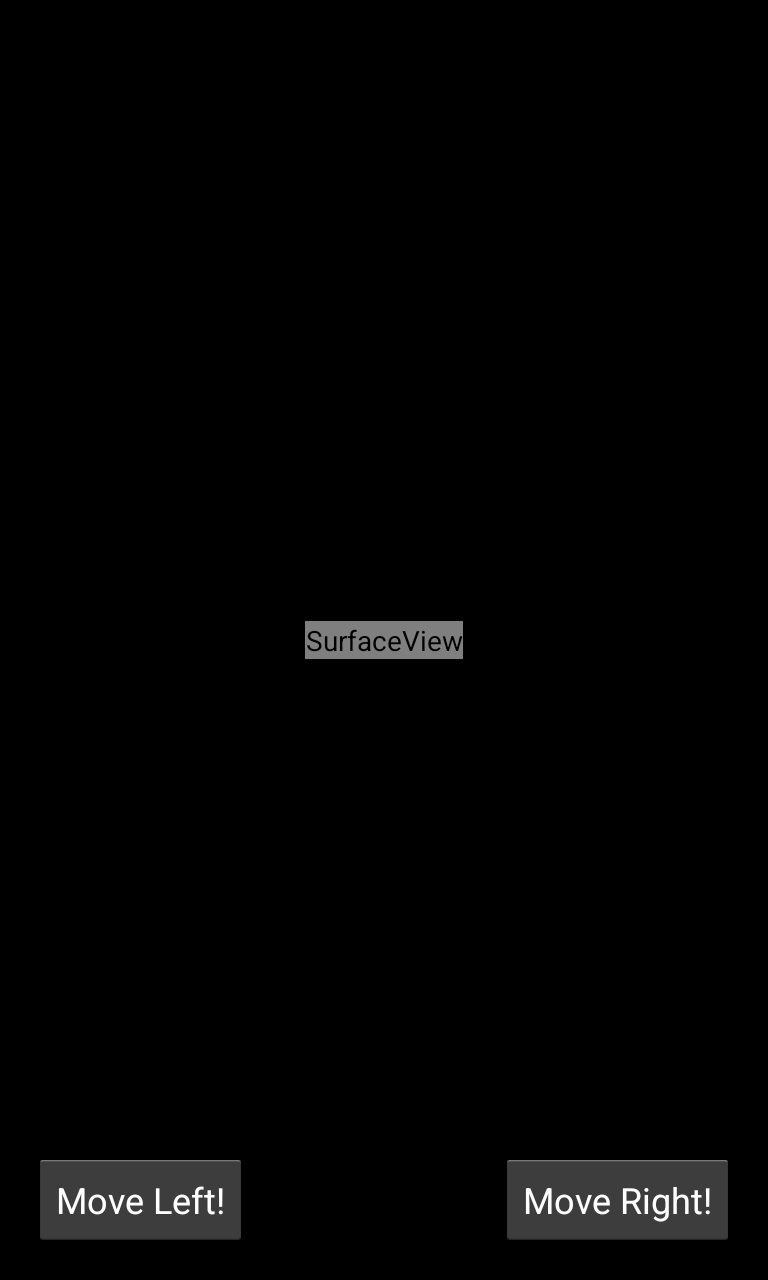
Repository: MoffMade/CSCE315-Android-App
Layout: Constellation Explorer Eclipse Project/Constellation Explorer/res/layout/activity_game.xml
These files come from the project's save history. The layout is drawn as it stood at one moment and after the next save; the edit follows.
Pictures or frames that could not be fetched are drawn as grey boxes. It is drawn on a 768 x 1280 px phone screen (xhdpi) without system bars, with theme AppTheme; the app's code is not run.

Above is the layout before, as saved 2013-11-12 03:46:51.

### Constellation Explorer Eclipse Project/Constellation Explorer/res/layout/activity_game.xml
<RelativeLayout xmlns:android="http://schemas.android.com/apk/res/android"
    xmlns:tools="http://schemas.android.com/tools"
    android:layout_width="match_parent"
    android:layout_height="match_parent"
    android:paddingBottom="@dimen/activity_vertical_margin"
    android:paddingLeft="@dimen/activity_horizontal_margin"
    android:paddingRight="@dimen/activity_horizontal_margin"
    android:paddingTop="@dimen/activity_vertical_margin"
    tools:context=".GameActivity"
    android:background="@color/black" >

    <Button
        android:id="@+id/button1"
        android:layout_width="wrap_content"
        android:layout_height="wrap_content"
        android:layout_alignParentBottom="true"
        android:layout_alignParentLeft="true"
        android:text="@string/move_left_button"
        android:textColor="@color/main_menu_text_color" />

    <Button
        android:id="@+id/button2"
        android:layout_width="wrap_content"
        android:layout_height="wrap_content"
        android:layout_alignParentBottom="true"
        android:layout_alignParentRight="true"
        android:text="@string/move_right_button"
        android:textColor="@color/main_menu_text_color" />

    <SurfaceView
        android:id="@+id/surfaceView1"
        android:layout_width="wrap_content"
        android:layout_height="wrap_content"
        android:layout_centerHorizontal="true"
        android:layout_centerVertical="true" />

</RelativeLayout>

### Constellation Explorer Eclipse Project/Constellation Explorer/res/values/styles.xml
<resources>

    <!--
        Base application theme, dependent on API level. This theme is replaced
        by AppBaseTheme from res/values-vXX/styles.xml on newer devices.
    -->
    <style name="AppBaseTheme" parent="android:Theme.Light">
        <!--
            Theme customizations available in newer API levels can go in
            res/values-vXX/styles.xml, while customizations related to
            backward-compatibility can go here.
        -->
    </style>

    <!-- Application theme. -->
    <style name="AppTheme" parent="AppBaseTheme">
        <!-- All customizations that are NOT specific to a particular API-level can go here. -->
    </style>
    <color name="main_menu_text_color">#FFFFFF</color>
	<color name="black">#000000</color>
    <style name="load_game_spinner_theme" parent="@android:Theme">
        <item name="android:spinnerItemStyle">@style/SpinnerItem</item>
    </style>

    <style name="SpinnerItem" parent="@android:style/Widget.TextView.SpinnerItem">
        <item name="android:textColor">#FFFFFF</item>
    </style>


</resources>

### Constellation Explorer Eclipse Project/Constellation Explorer/res/values/strings.xml
<?xml version="1.0" encoding="utf-8"?>
<resources>

    <string name="app_name">Constellation Explorer</string>
    <string name="action_settings">Settings</string>
    <string name="new_game_button">Start New Game</string>
    <string name="load_game_button">Load Game</string>
    <string name="help_button">Help</string>
    <string name="help_return_button">Back to Main Menu</string>
    <string name="title_activity_load_game">Load Game</string>

    <string-array name="saved_game_list">
        <item>Game 1</item>
        <item>Game 2</item>
        <item>Game 3</item>
    </string-array>

    <string name="help_text">TEST TEXT FOR HELP MENU\n\n*Use Buttons to navigate\n\n\nAuthors: CSCE315 Team E</string>
    <string name="title_activity_help">Help</string>
    <string name="load_game_helper_text">Tap to select the Game you wish to load:</string>
    <string name="load_game_back">Go Back to Main Menu</string>
    <string name="load_game_select">Start Selected Game</string>
    <string name="title_activity_star_map">Star Map</string>
    <string name="hello_world">Hello world!</string>
    <string name="title_activity_game">Game</string>
    <string name="title_activity_star_data">Star Data</string>
    <string name="quit_button">Quit to Menu</string>
    <string name="save_button">Save Progress</string>
    <string name="move_left_button">Move Left!</string>
    <string name="move_right_button">Move Right!</string>
	<string name="constellation_tag">Constellation:	</string>
	<string name="right_ascension_tag">Right Ascension: </string>
	<string name="declination_tag">Declination: </string>
	<string name="magnitude_tag">Apparent Magnitude:	 </string>
	<string name="distance_tag">Distance: </string>
	<string name="star_name_tag">Star Name: </string>
	<string name="back_to_star_map">Back to Star Map</string>
</resources>

Loaded but not shown: Constellation Explorer Eclipse Project/Constellation Explorer/res/values-v11/styles.xml (common file); Constellation Explorer Eclipse Project/Constellation Explorer/res/values-v14/styles.xml (common file); Constellation Explorer Eclipse Project/Constellation Explorer/res/values/dimens.xml (common file)

After the next save:
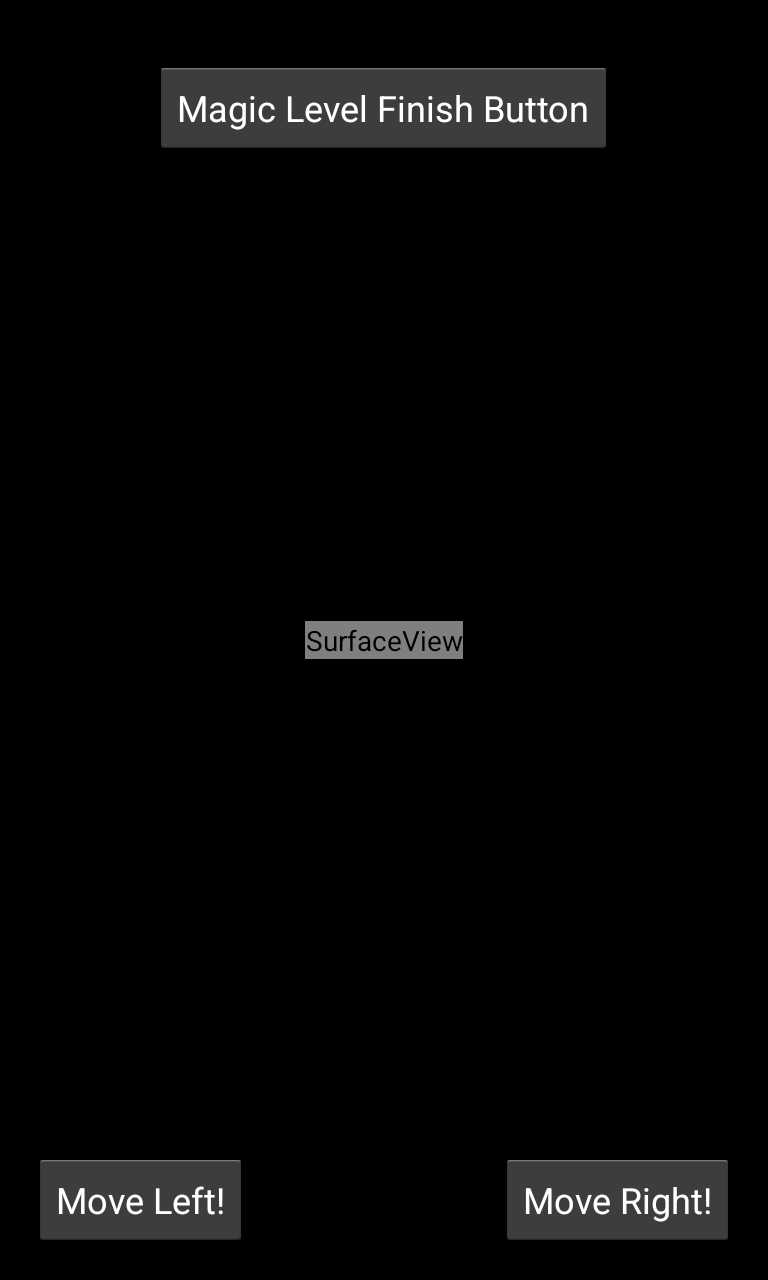
Saved 98 s later.
--- a/Constellation Explorer Eclipse Project/Constellation Explorer/res/layout/activity_game.xml
+++ b/Constellation Explorer Eclipse Project/Constellation Explorer/res/layout/activity_game.xml
@@ -34,4 +34,14 @@
         android:layout_centerHorizontal="true"
         android:layout_centerVertical="true" />
 
+    <Button
+        android:id="@+id/button3"
+        android:layout_width="wrap_content"
+        android:layout_height="wrap_content"
+        android:layout_alignParentTop="true"
+        android:layout_centerHorizontal="true"
+        android:layout_marginTop="14dp"
+        android:text="Magic Level Finish Button"
+        android:textColor="@color/main_menu_text_color" />
+
 </RelativeLayout>
